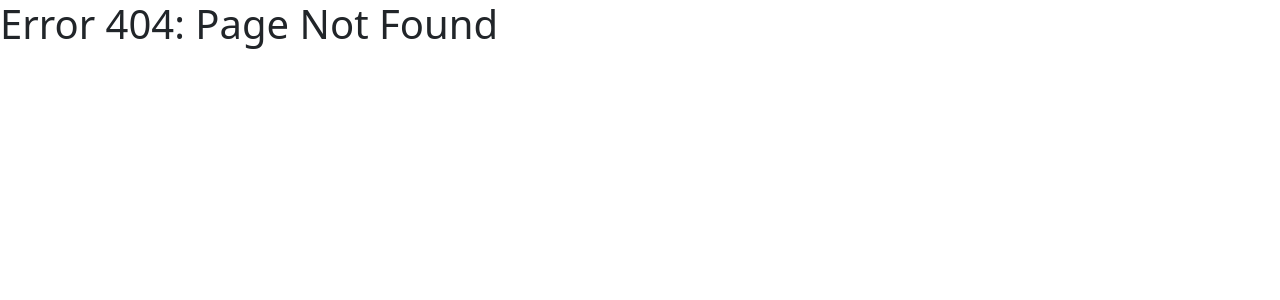
Repository: SKB-TECH/MinProject
Page: IHM/pageIntrouvable.html
These files come from the project's save history. The page is drawn as it stood at one moment and after a run of saves; the edit follows.
The browser window is 1280 px wide. The pictures show the whole page.
Some web libraries are served in a nearby version.

Above is the page before, as saved 2022-09-29 15:34:35.

### IHM/pageIntrouvable.html
<!DOCTYPE html>
<html lang="en">
<head>
    <meta charset="UTF-8">
    <meta http-equiv="X-UA-Compatible" content="IE=edge">
    <meta name="viewport" content="width=device-width, initial-scale=1.0">
    <link
    rel="stylesheet"
    href="../node_modules/bootstrap/dist/css/bootstrap.min.css"
  />
    <title>PageNotFound</title>
</head>
<body>
   <section>
        <h1>Error 404: Page Not Found</h1>
   </section>
</body>
</html>

After the next 2 saves:
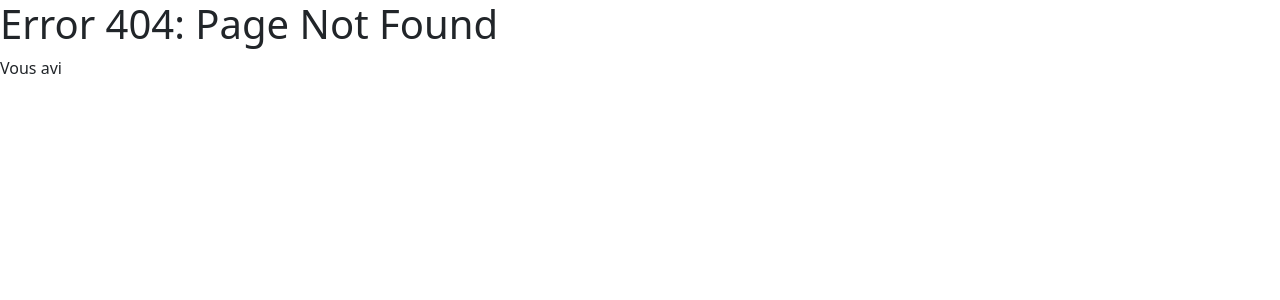
The 2 saves are shown as one change because they came seconds apart.
The last was saved 7 s later.
--- a/IHM/pageIntrouvable.html
+++ b/IHM/pageIntrouvable.html
@@ -13,6 +13,9 @@
 <body>
    <section>
         <h1>Error 404: Page Not Found</h1>
+        <p>
+            Vous avi
+        </p>
    </section>
 </body>
 </html>
